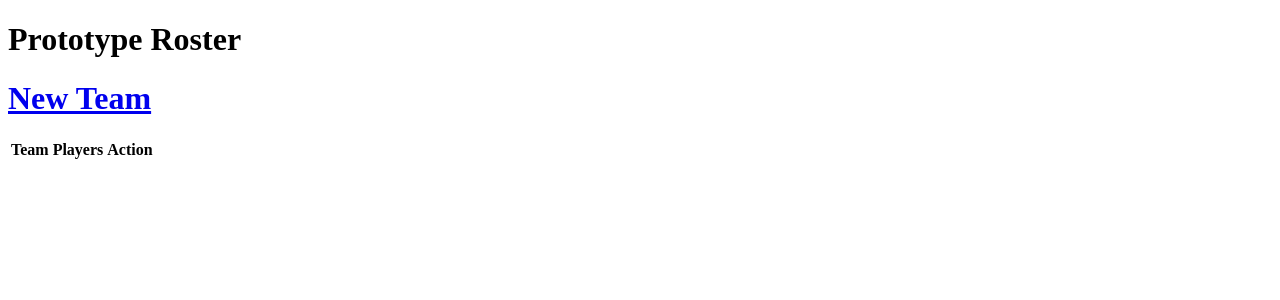
Repository: ohis/JAVAOnTheWeb
Page: http://localhost/TeamRoster/Team
An editor plug-in stored every save of this project. The page is shown before and after the next save, followed by the edit.
The browser window is 1280 px wide. The pictures show the whole page.
The page is served by Tomcat 9.

Above is the page before, as saved 2017-12-04 02:57:19.

After the next save:
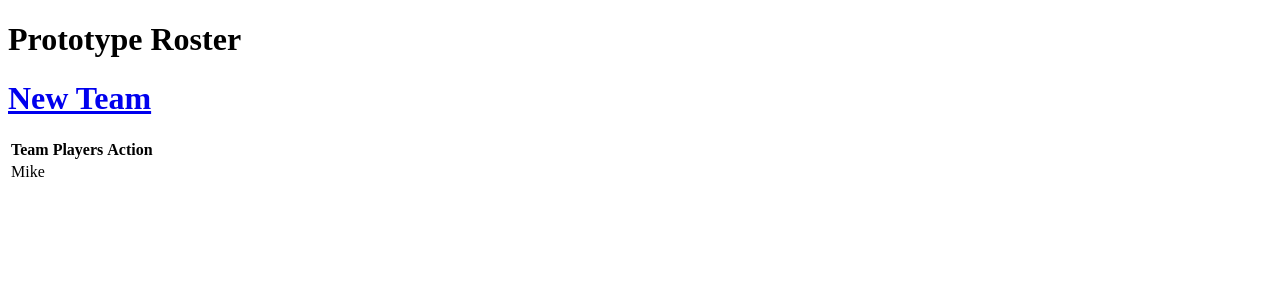
Saved 40 s later.
--- a/servlets/TeamRoster/WebContent/WEB-INF/views/NewTeam.jsp
+++ b/servlets/TeamRoster/WebContent/WEB-INF/views/NewTeam.jsp
@@ -15,7 +15,9 @@
      <th>Players</th>
      <th>Action</th>
     </tr>
-
+     <tr>
+      <td>Mike</td>
+     </tr>
 
 
   </table>
